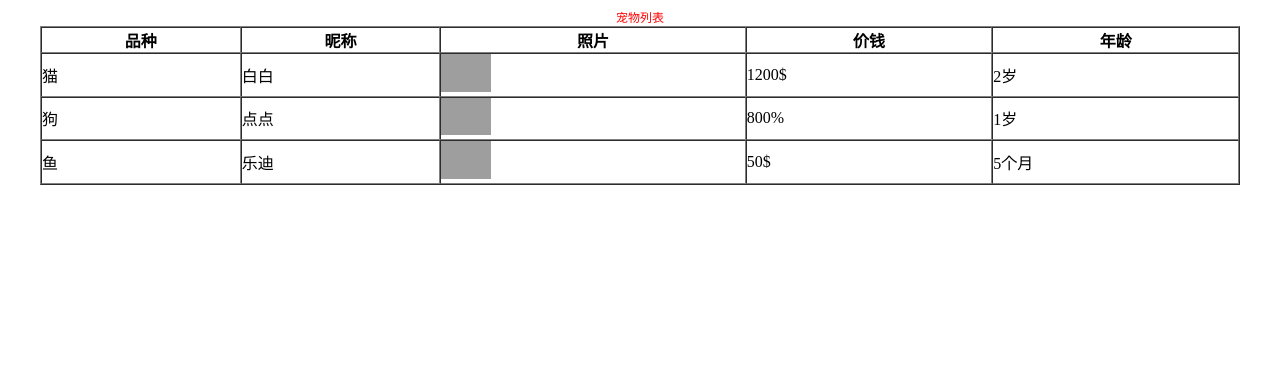
Repository: l897284707/0913
Page: 练习二.html
The author's editor kept a copy of each file at every save. The page is drawn from the files as they stood at one save, then again after the next save.
The browser window is 1280 px wide. The pictures show the whole page.
Pictures or frames that could not be fetched are drawn as grey boxes.

Above is the page before, as saved 2022-09-13 17:49:26.

### 练习二.html
<!DOCTYPE html>
<html lang="en">

<head>
    <meta charset="UTF-8">
    <meta http-equiv="X-UA-Compatible" content="IE=edge">
    <meta name="viewport" content="width=device-width, initial-scale=1.0">
    <title>Document</title>
</head>

<body>
    <table border="1" cellspacing="0" cellpadding="0" width="1200" align="center">
        <caption style="color:red;font-size: 12px;font-family: 华文行楷 ;">宠物列表</caption>
        <tr>
            <th>品种</th>
            <th>昵称</th>
            <th>照片</th>
            <th>价钱</th>
            <th>年龄</th>
        </tr>
        <tr>
            <td>猫</td>
            <td>白白</td>
            <td><img src="https://gimg2.baidu.com/image_search/src=http%3A%2F%2Fci.xiaohongshu.com%2F988586a5-dec9-53ea-35cb-02488db6c9b5%3FimageView2%2F2%2Fw%2F1080%2Fformat%2Fjpg&refer=http%3A%2F%2Fci.xiaohongshu.com&app=2002&size=f9999,10000&q=a80&n=0&g=0n&fmt=auto?sec=1665654343&t=7daca78476c671116aa444ebb5512f14"
                    alt="猫的图片" width="50"></td>
            <td>1200$</td>
            <td>2岁</td>
        </tr>
        <tr>
            <td>狗</td>
            <td>点点</td>
            <td><img src="https://img0.baidu.com/it/u=65557040,2229330939&fm=253&fmt=auto&app=120&f=JPEG?w=500&h=500" alt="狗的照片" width="50"></td>
            <td>800%</td>
            <td>1岁</td>
        </tr>
        <tr>
            <td>鱼</td>
            <td>乐迪</td>
            <td><img src="https://img0.baidu.com/it/u=2038138131,2263571719&fm=253&fmt=auto&app=138&f=JPEG?w=751&h=500" alt="鱼的照片" width="50"></td>
            <td>50$</td>
            <td>5个月</td>
        </tr>

    </table>
</body>

</html>

After the next save:
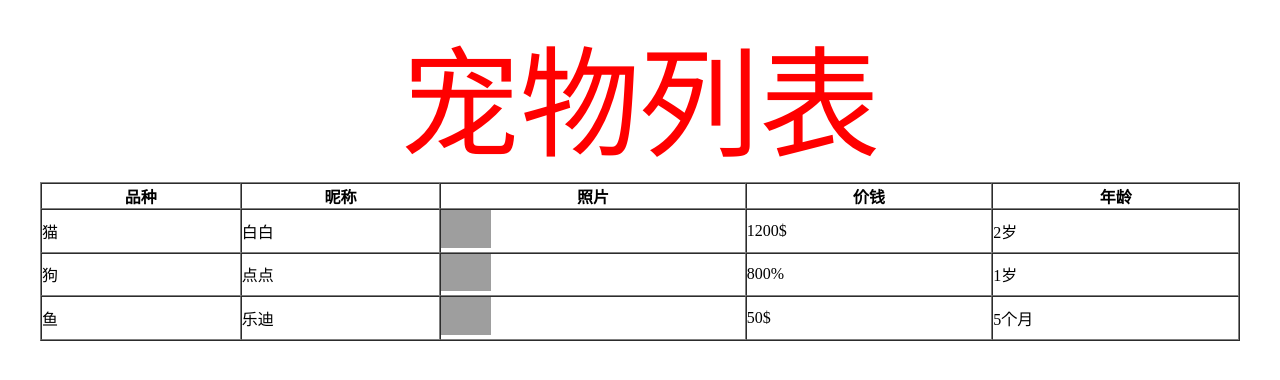
Saved 13 s later.
--- a/练习二.html
+++ b/练习二.html
@@ -10,7 +10,7 @@
 
 <body>
     <table border="1" cellspacing="0" cellpadding="0" width="1200" align="center">
-        <caption style="color:red;font-size: 12px;font-family: 华文行楷 ;">宠物列表</caption>
+        <caption style="color:red;font-size: 120px;font-family: 华文行楷 ;">宠物列表</caption>
         <tr>
             <th>品种</th>
             <th>昵称</th>
